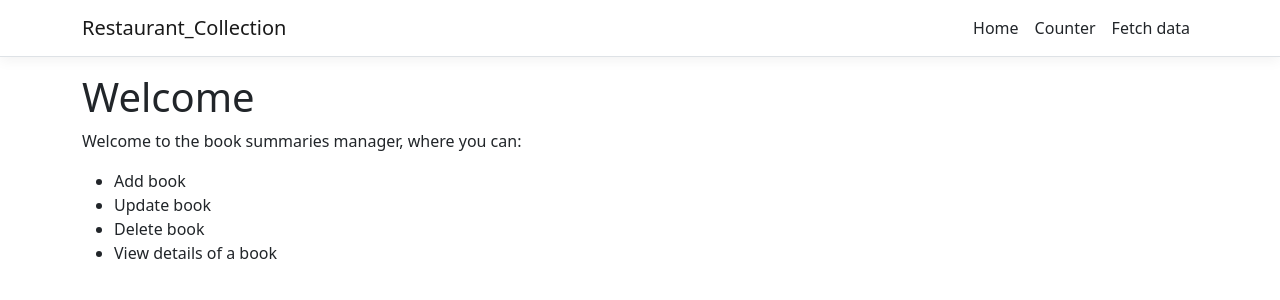
Repository: AkshatKapo/Restaurant-collection-web-app
Page: / (app in ClientApp/)
These files come from the project's save history. The page is drawn as it stood at one moment and after the next save; the edit follows.
The browser window is 1280 px wide. The pictures show the whole page.
The project was rebuilt for these pictures with package versions that can differ from the ones it lists, and the page was loaded fresh each time. Also part of the build but not shown: ClientApp/angular.json, ClientApp/src/app/counter/counter.component.ts, ClientApp/src/app/fetch-data/fetch-data.component.ts, ClientApp/src/app/Components/show-restaurants/show-restaurants.component.ts, ClientApp/src/app/Services/Services/restaurant.service.ts, ClientApp/src/app/Components/AddRestaurants/add-restaurants/add-restaurants.component.ts, ClientApp/src/app/Components/DeleteRestaurant/delete-restaurant/delete-restaurant.component.ts.

Above is the page before, as saved 2024-07-30 15:59:35.

### ClientApp/src/index.html
<!DOCTYPE html>
<html lang="en">
  <head>
    <meta charset="utf-8" />
    <title>Restaurant_Collection</title>
    <base href="/" />

    <meta name="viewport" content="width=device-width, initial-scale=1" />
    <link rel="icon" type="image/x-icon" href="favicon.ico" />
  </head>
  <body>
    <app-root>Loading...</app-root>
  </body>
</html>

### ClientApp/src/app/app.module.ts
import { BrowserModule } from '@angular/platform-browser';
import { NgModule } from '@angular/core';
import { FormsModule } from '@angular/forms';
import { HttpClientModule } from '@angular/common/http';
import { RouterModule } from '@angular/router';

import { AppComponent } from './app.component';
import { NavMenuComponent } from './nav-menu/nav-menu.component';
import { HomeComponent } from './home/home.component';
import { CounterComponent } from './counter/counter.component';
import { FetchDataComponent } from './fetch-data/fetch-data.component';
import { ShowRestaurantsComponent } from './Components/show-restaurants/show-restaurants.component';
import { AddRestaurantsComponent } from './Components/AddRestaurants/add-restaurants/add-restaurants.component';
import { DeleteRestaurantComponent } from './Components/DeleteRestaurant/delete-restaurant/delete-restaurant.component';

@NgModule({
  declarations: [
    AppComponent,
    NavMenuComponent,
    HomeComponent,
    CounterComponent,
    FetchDataComponent,
    ShowRestaurantsComponent,
    AddRestaurantsComponent,
    DeleteRestaurantComponent
  ],
  imports: [
    BrowserModule.withServerTransition({ appId: 'ng-cli-universal' }),
    HttpClientModule,
    FormsModule,
    RouterModule.forRoot([
      { path: '', component: HomeComponent, pathMatch: 'full' },
      { path: 'counter', component: CounterComponent },
      { path: 'fetch-data', component: FetchDataComponent },
    ])
  ],
  providers: [],
  bootstrap: [AppComponent]
})
export class AppModule { }

### ClientApp/src/app/nav-menu/nav-menu.component.html
<header>
  <nav
    class="navbar navbar-expand-sm navbar-toggleable-sm navbar-light bg-white border-bottom box-shadow mb-3"
  >
    <div class="container">
      <a class="navbar-brand" [routerLink]="['/']">Restaurant_Collection</a>
      <button
        class="navbar-toggler"
        type="button"
        data-toggle="collapse"
        data-target=".navbar-collapse"
        aria-label="Toggle navigation"
        [attr.aria-expanded]="isExpanded"
        (click)="toggle()"
      >
        <span class="navbar-toggler-icon"></span>
      </button>
      <div
        class="navbar-collapse collapse d-sm-inline-flex justify-content-end"
        [ngClass]="{ show: isExpanded }"
      >
        <ul class="navbar-nav flex-grow">
          <li
            class="nav-item"
            [routerLinkActive]="['link-active']"
            [routerLinkActiveOptions]="{ exact: true }"
          >
            <a class="nav-link text-dark" [routerLink]="['/']">Home</a>
          </li>
          <li class="nav-item" [routerLinkActive]="['link-active']">
            <a class="nav-link text-dark" [routerLink]="['/counter']"
              >Counter</a
            >
          </li>
          <li class="nav-item" [routerLinkActive]="['link-active']">
            <a class="nav-link text-dark" [routerLink]="['/fetch-data']"
              >Fetch data</a
            >
          </li>
        </ul>
      </div>
    </div>
  </nav>
</header>

### ClientApp/src/app/home/home.component.html
<h1>Welcome</h1>
<p>Welcome to the book summaries manager, where you can:</p>
<ul>
  <li>Add book</li>
  <li>Update book</li>
  <li>Delete book</li>
  <li>View details of a book</li>
</ul>

Loaded but not shown: ClientApp/src/styles.css (common file); ClientApp/src/main.ts (common file); ClientApp/src/environments/environment.ts (common file); ClientApp/src/app/app.component.ts (common file); ClientApp/src/app/nav-menu/nav-menu.component.ts (common file); ClientApp/src/app/home/home.component.ts (common file); ClientApp/src/app/app.component.html (common file); ClientApp/src/app/nav-menu/nav-menu.component.css (common file)

After the next save:
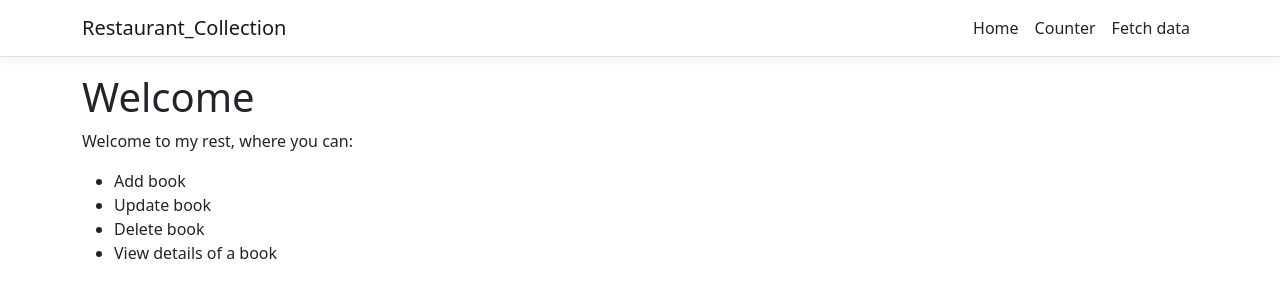
Saved 11 s later.
--- a/ClientApp/src/app/home/home.component.html
+++ b/ClientApp/src/app/home/home.component.html
@@ -1,5 +1,5 @@
 <h1>Welcome</h1>
-<p>Welcome to the book summaries manager, where you can:</p>
+<p>Welcome to my rest, where you can:</p>
 <ul>
   <li>Add book</li>
   <li>Update book</li>
